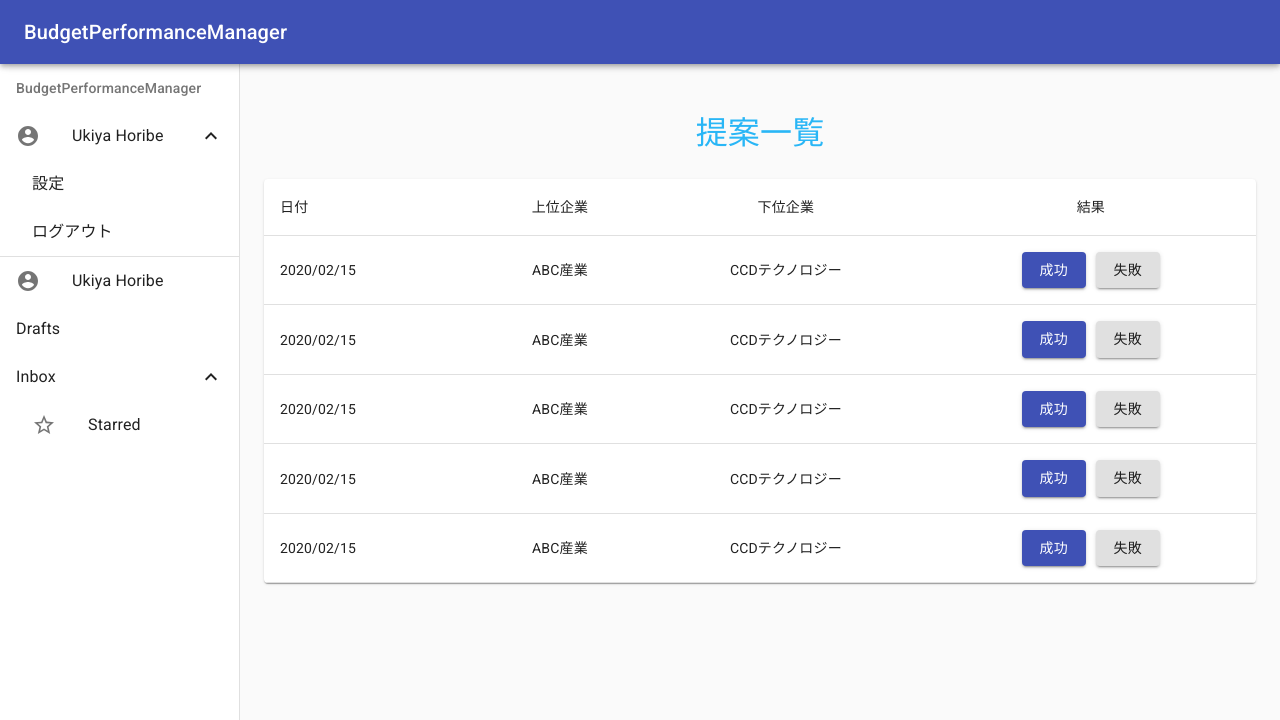
Repository: ukiyah/test
Page: / (app in src/)
These files come from the project's save history. The page is drawn as it stood at one moment and after the next save; the edit follows.
The browser window is 1280 px wide. The pictures show the whole page.
The project was rebuilt for these pictures with package versions that can differ from the ones it lists, and the page was loaded fresh each time. Also part of the build but not shown: src/material-dashboard-react.js, src/Navbars/ref_AdminNavbarLinks/customInputStyle.js, src/Navbars/ref_AdminNavbarLinks/CustomInput.js, src/Navbars/ref_AdminNavbarLinks/buttonStyle.js, src/Navbars/ref_AdminNavbarLinks/Button.js, src/Navbars/ref_AdminNavbarLinks/dropdownStyle.js, src/Navbars/ref_AdminNavbarLinks/headerLinksStyle.js, src/Navbars/AdminNavbarLinks.js and 4 more.

Above is the page before, as saved 2020-02-21 13:33:20.

After the next save:
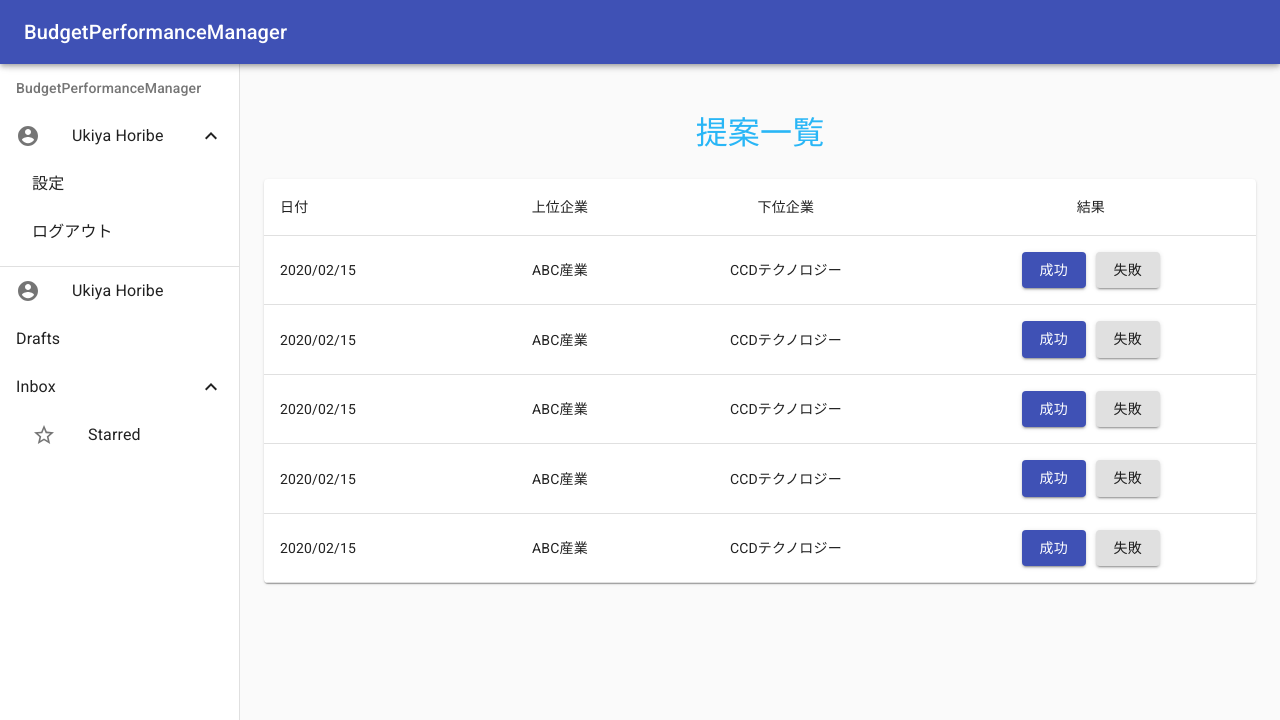
Saved 22 s later.
--- a/src/NestedList.js
+++ b/src/NestedList.js
@@ -47,7 +47,7 @@ export default function NestedList() {
       }
       className={classes.root}
     >
-      <div>
+      <div style={{marginBottom: 10}}>
       <ListItem button onClick={handleClick1}>
         <ListItemIcon>
           <AccountCircle />
